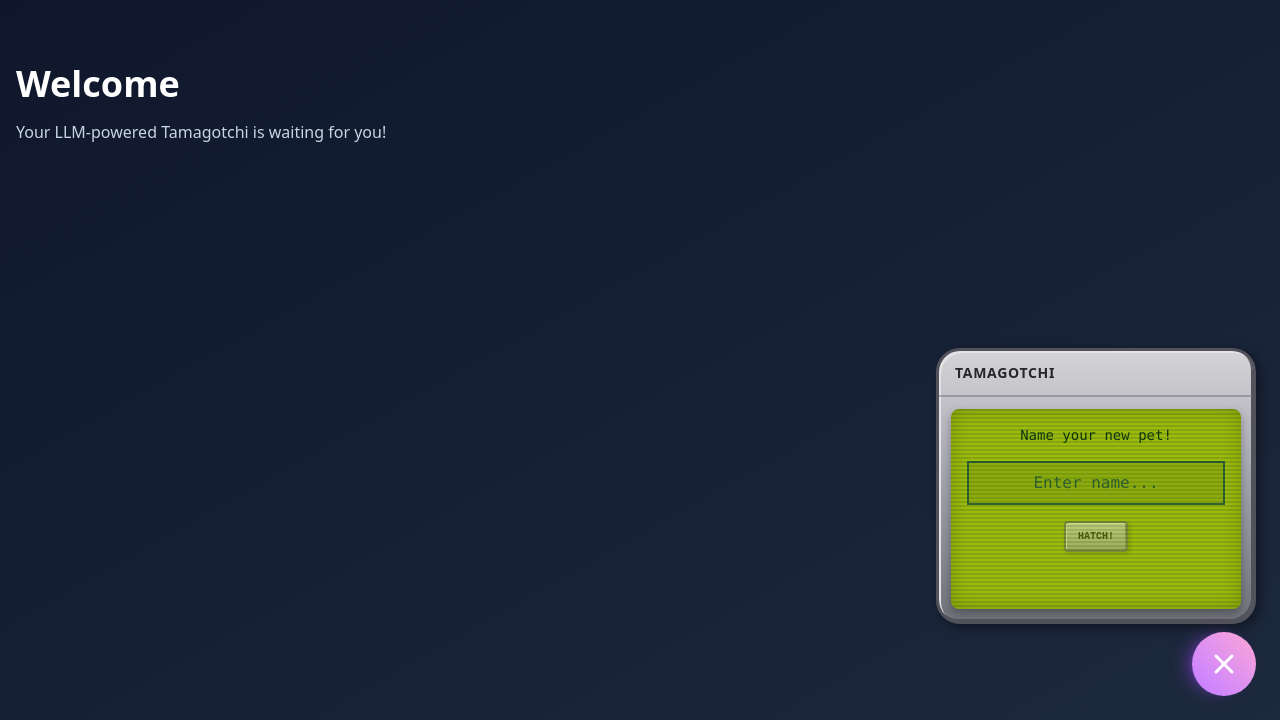
Repository: kttalley/local-llm-tamagotchi
Page: /
An editor plug-in stored every save of this project. The page is shown before and after the next save, followed by the edit.
The browser window is 1280 px wide. The pictures show the whole page.
The page's requests for data from a server got no answer. The project was rebuilt for these pictures with package versions that can differ from the ones it lists, and the page was loaded fresh each time. No one was signed in, and anything a server would have sent is missing. Also part of the build but not shown: vite.config.ts, src/components/PetDisplay/index.tsx, src/components/StatsBar/index.jsx, src/services/ollama.ts, src/components/ActionButtons/index.jsx, src/components/ChatBubble/index.tsx.

Above is the page before, as saved 2026-01-12 20:05:24.

### index.html
<!DOCTYPE html>
<html lang="en">
  <head>
    <meta charset="UTF-8" />
    <link rel="icon" type="image/svg+xml" href="/vite.svg" />
    <meta name="viewport" content="width=device-width, initial-scale=1.0" />
    <title>LLM Tamagotchi</title>
  </head>
  <body>
    <div id="root"></div>
    <script type="module" src="/src/main.jsx"></script>
  </body>
</html>

### src/main.tsx
import { StrictMode } from 'react'
import { createRoot } from 'react-dom/client'
import './styles/index.css'
import App from './App'

createRoot(document.getElementById('root')!).render(
  <StrictMode>
    <App />
  </StrictMode>,
)

### src/styles/index.css
@import "tailwindcss";

/* Custom Pixel Art Styles */
@layer base {
  :root {
    /* LCD Color Palette - authentic 90s Tamagotchi colors */
    --lcd-bg: #9bbc0f;
    --lcd-light: #8bac0f;
    --lcd-dark: #306230;
    --lcd-darkest: #0f380f;
  }

  body {
    font-family: system-ui, -apple-system, sans-serif;
  }
}

@layer components {
  /* Pixel-perfect rendering for sprites */
  .pixel-art {
    image-rendering: pixelated;
    image-rendering: crisp-edges;
  }

  /* LCD Screen Effect */
  .lcd-screen {
    background-color: var(--lcd-bg);
    background-image:
      repeating-linear-gradient(
        0deg,
        transparent,
        transparent 2px,
        rgba(0, 0, 0, 0.03) 2px,
        rgba(0, 0, 0, 0.03) 4px
      );
    box-shadow:
      inset 0 0 20px rgba(0, 0, 0, 0.2),
      0 4px 8px rgba(0, 0, 0, 0.3);
    border-radius: 8px;
  }

  /* Scanline overlay effect */
  .scanlines::after {
    content: "";
    position: absolute;
    inset: 0;
    background: repeating-linear-gradient(
      0deg,
      transparent,
      transparent 2px,
      rgba(0, 0, 0, 0.1) 2px,
      rgba(0, 0, 0, 0.1) 4px
    );
    pointer-events: none;
  }

  /* Retro button style */
  .retro-btn {
    background: linear-gradient(180deg, #e0e0e0 0%, #a0a0a0 100%);
    border: 2px solid #606060;
    border-radius: 4px;
    box-shadow:
      inset 1px 1px 0 #ffffff,
      inset -1px -1px 0 #808080,
      2px 2px 4px rgba(0, 0, 0, 0.3);
    font-family: monospace;
    font-weight: bold;
    text-transform: uppercase;
    font-size: 10px;
    padding: 6px 12px;
    cursor: pointer;
    transition: transform 0.1s;
  }

  .retro-btn:active {
    transform: translateY(1px);
    box-shadow:
      inset 1px 1px 0 #808080,
      inset -1px -1px 0 #ffffff,
      1px 1px 2px rgba(0, 0, 0, 0.3);
  }

  /* Pixel-style progress bar */
  .pixel-bar {
    height: 8px;
    background: var(--lcd-darkest);
    border: 2px solid var(--lcd-dark);
  }

  .pixel-bar-fill {
    height: 100%;
    background: var(--lcd-light);
    transition: width 0.3s ease;
  }

  /* Widget container */
  .tamagotchi-shell {
    background: linear-gradient(180deg, #d4d4d8 0%, #a1a1aa 50%, #71717a 100%);
    border: 3px solid #52525b;
    border-radius: 24px;
    box-shadow:
      inset 2px 2px 0 #e4e4e7,
      inset -2px -2px 0 #52525b,
      4px 4px 12px rgba(0, 0, 0, 0.4);
  }
}

/* Sprite animation keyframes */
@keyframes idle-bounce {
  0%, 100% { transform: translateY(0); }
  50% { transform: translateY(-4px); }
}

@keyframes blink {
  0%, 90%, 100% { opacity: 1; }
  95% { opacity: 0; }
}

.pet-idle {
  animation: idle-bounce 1s ease-in-out infinite;
}

.pet-blink {
  animation: blink 3s ease-in-out infinite;
}

/* Fade in animation */
@keyframes fade-in {
  from {
    opacity: 0;
    transform: translateY(8px);
  }
  to {
    opacity: 1;
    transform: translateY(0);
  }
}

.animate-fade-in {
  animation: fade-in 0.3s ease-out forwards;
}

### src/App.jsx
import { FloatingButton } from './components/FloatingButton'
import { TamagotchiWidget } from './components/TamagotchiWidget'
import { usePetStore } from './store/petStore'

function App() {
  const { isWidgetOpen, toggleWidget, chatHistory, pet } = usePetStore()

  // Get the last pet message for the floating button preview
  const lastPetMessage = chatHistory
    .filter(msg => msg.role === 'pet')
    .slice(-1)[0]?.content

  return (
    <div className="min-h-screen bg-gradient-to-br from-slate-900 to-slate-800">
      {/* Homepage content placeholder */}
      <main className="container mx-auto px-4 py-16">
        <h1 className="text-4xl font-bold text-white mb-4">Welcome</h1>
        <p className="text-slate-300">Your LLM-powered Tamagotchi is waiting for you!</p>
      </main>

      {/* Floating Tamagotchi Widget */}
      <TamagotchiWidget isOpen={isWidgetOpen} onClose={toggleWidget} />
      <FloatingButton
        onClick={toggleWidget}
        isOpen={isWidgetOpen}
        message={lastPetMessage}
        pixelGrid={pet?.pixelGrid}
      />
    </div>
  )
}

export default App

### src/components/FloatingButton/index.jsx
import { useState, useEffect } from 'react'

// Mini pixel grid renderer for the floating button
function MiniPixelGrid({ grid }) {
  const cellSize = 4 // smaller cells for the button

  return (
    <div
      className="pixel-art rounded-sm overflow-hidden"
      style={{
        display: 'grid',
        gridTemplateColumns: `repeat(8, ${cellSize}px)`,
        gridTemplateRows: `repeat(8, ${cellSize}px)`,
      }}
    >
      {grid.map((row, rowIdx) =>
        row.map((cell, colIdx) => (
          <div
            key={`${rowIdx}-${colIdx}`}
            style={{
              width: cellSize,
              height: cellSize,
              backgroundColor: cell === 1 ? '#1f2937' : '#dcf428'
            }}
          />
        ))
      )}
    </div>
  )
}

export function FloatingButton({ onClick, isOpen, message, pixelGrid }) {
  const [showPreview, setShowPreview] = useState(false)
  const [prevMessage, setPrevMessage] = useState(null)

  // Show preview when message changes and widget is closed
  useEffect(() => {
    if (message && message !== prevMessage && !isOpen) {
      setShowPreview(true)
      setPrevMessage(message)

      // Auto-hide after 3 seconds
      const timer = setTimeout(() => {
        setShowPreview(false)
      }, 3000)

      return () => clearTimeout(timer)
    }
  }, [message, isOpen, prevMessage])

  // Hide preview when widget opens
  useEffect(() => {
    if (isOpen) {
      setShowPreview(false)
    }
  }, [isOpen])

  const dismissPreview = (e) => {
    e.stopPropagation()
    setShowPreview(false)
  }

  return (
    <div className="fixed bottom-6 right-6 z-50 flex flex-col items-end gap-3">
      {/* Message preview bubble - shows above button when closed */}
      {!isOpen && showPreview && message && (
        <div
          className="
            relative
            max-w-[220px] p-3 pb-2
            lcd-screen
            rounded-xl rounded-br-sm
            cursor-default
            animate-fade-in
          "
        >
          {/* Close button */}
          <button
            onClick={dismissPreview}
            className="
              absolute -top-2 -right-2
              w-6 h-6 rounded-full
              bg-[var(--lcd-darkest)] text-[var(--lcd-bg)]
              flex items-center justify-center
              hover:scale-110 transition-transform
              shadow-md
            "
            aria-label="Dismiss"
          >
            <svg viewBox="0 0 24 24" className="w-3 h-3" fill="none" stroke="currentColor" strokeWidth="3">
              <path d="M6 6L18 18M18 6L6 18" strokeLinecap="round" />
            </svg>
          </button>

          <p className="text-xs text-[var(--lcd-darkest)] font-mono leading-relaxed whitespace-pre-line line-clamp-4">
            {message}
          </p>

          {/* Speech bubble tail pointing down-right */}
          <div
            className="
              absolute -bottom-2 right-4
              w-0 h-0
              border-t-8 border-t-[var(--lcd-bg)]
              border-l-8 border-l-transparent
            "
          />
        </div>
      )}

      {/* Floating action button */}
      <button
        onClick={onClick}
        className={`
          w-16 h-16 rounded-full
          bg-gradient-to-br from-pink-300 to-purple-400
          shadow-lg shadow-purple-500/30
          flex items-center justify-center flex-shrink-0
          transition-all duration-300 ease-out
          hover:scale-110 hover:shadow-xl hover:shadow-purple-500/40
          active:scale-95
          ${isOpen ? 'rotate-90' : 'rotate-0'}
        `}
        aria-label={isOpen ? 'Close Tamagotchi' : 'Open Tamagotchi'}
      >
        {isOpen ? (
          // X icon when open
          <svg viewBox="0 0 32 32" className="w-8 h-8" fill="none">
            <path
              d="M8 8L24 24M24 8L8 24"
              stroke="white"
              strokeWidth="3"
              strokeLinecap="round"
            />
          </svg>
        ) : pixelGrid ? (
          // Pet sprite when closed and pet exists
          <MiniPixelGrid grid={pixelGrid} />
        ) : (
          // Default egg icon when no pet
          <svg viewBox="0 0 32 32" className="w-8 h-8 pixel-art" fill="none">
            <ellipse cx="16" cy="18" rx="10" ry="12" fill="white" />
            <ellipse cx="16" cy="18" rx="8" ry="10" fill="#dcf428" />
            <circle cx="12" cy="16" r="2" fill="#1f2937" />
            <circle cx="20" cy="16" r="2" fill="#1f2937" />
            <path
              d="M13 20 Q16 23 19 20"
              stroke="#1f2937"
              strokeWidth="1.5"
              fill="none"
            />
          </svg>
        )}
      </button>
    </div>
  )
}

### src/components/TamagotchiWidget/index.tsx
import { useEffect, useState } from 'react'
import { usePetStore } from '../../store/petStore'
import { PetDisplay } from '../PetDisplay'
import { StatsBar } from '../StatsBar'
import { ActionButtons } from '../ActionButtons'
import { ChatBubble } from '../ChatBubble'

interface TamagotchiWidgetProps {
  isOpen: boolean
  onClose: () => void
}

export function TamagotchiWidget({ isOpen }: TamagotchiWidgetProps) {
  const { pet, createPet, tickStats, chatHistory } = usePetStore()
  const [petName, setPetName] = useState('')
  const [showChat, setShowChat] = useState(false)

  // Tick stats every minute
  useEffect(() => {
    if (!pet) return

    const interval = setInterval(() => {
      tickStats()
    }, 60000)

    return () => clearInterval(interval)
  }, [pet, tickStats])

  // Update stats on mount if pet exists
  useEffect(() => {
    if (pet) {
      tickStats()
    }
  }, [])

  const handleCreatePet = (e: React.FormEvent) => {
    e.preventDefault()
    if (petName.trim()) {
      createPet(petName.trim())
      setPetName('')
    }
  }

  const lastMessage = chatHistory[chatHistory.length - 1]

  if (!isOpen) return null

  return (
    <div
      className={`
        fixed bottom-24 right-6 z-40
        w-80 tamagotchi-shell
        transform transition-all duration-300 ease-out
        ${isOpen ? 'translate-y-0 opacity-100 scale-100' : 'translate-y-8 opacity-0 scale-95'}
      `}
    >
      {/* Header */}
      <div className="px-4 py-3 border-b-2 border-zinc-500/50">
        <div className="flex items-center justify-between">
          <h2 className="text-sm font-bold text-zinc-800 uppercase tracking-wider">
            {pet ? pet.name : 'Tamagotchi'}
          </h2>
          {pet && (
            <span className="text-xs text-zinc-600 uppercase">
              {pet.evolutionStage}
            </span>
          )}
        </div>
      </div>

      {/* LCD Screen */}
      <div className="m-3 p-4 lcd-screen relative overflow-hidden min-h-[200px] transition-all duration-320">
        <div className="scanlines">
          {!pet ? (
            // Create Pet Form
            <form onSubmit={handleCreatePet} className="flex flex-col gap-4">
              <p className="text-sm text-[var(--lcd-darkest)] font-mono text-center">
                Name your new pet!
              </p>
              <input
                type="text"
                value={petName}
                onChange={(e) => setPetName(e.target.value)}
                placeholder="Enter name..."
                maxLength={12}
                className="
                  w-full px-3 py-2
                  bg-[var(--lcd-light)] border-2 border-[var(--lcd-dark)]
                  text-[var(--lcd-darkest)] font-mono text-center
                  placeholder:text-[var(--lcd-dark)]
                  focus:outline-none focus:border-[var(--lcd-darkest)]
                "
              />
              <button
                type="submit"
                disabled={!petName.trim()}
                className="retro-btn mx-auto disabled:opacity-50"
              >
                Hatch!
              </button>
            </form>
          ) : (
            // Pet Display
            <div className="flex flex-col items-center gap-2">
              {/* Chat bubble */}
              {showChat && lastMessage?.role === 'pet' && (
                <ChatBubble message={lastMessage.content} />
              )}

              {/* Pet sprite */}
              <PetDisplay
                pixelGrid={pet.pixelGrid}
                isSleeping={pet.isSleeping}
              />

              {/* Stats */}
              <StatsBar stats={pet.stats} />
            </div>
          )}
        </div>
      </div>

      {/* Action Buttons */}
      {pet && (
        <div className="px-3 pb-3">
          <ActionButtons
            isSleeping={pet.isSleeping}
            onShowChat={() => setShowChat(true)}
          />
        </div>
      )}
    </div>
  )
}

### src/store/petStore.ts
import { create } from 'zustand'
import { persist } from 'zustand/middleware'
import type { Pet, PetStats, PetAction, ChatMessage, EvolutionStage, Mood, PixelGrid } from '../types/pet'

interface PetStore {
  pet: Pet | null
  isWidgetOpen: boolean
  currentAction: PetAction
  chatHistory: ChatMessage[]
  isLoading: boolean

  // Actions
  toggleWidget: () => void
  createPet: (name: string) => void
  feed: () => void
  play: () => void
  sleep: () => void
  wake: () => void
  addChatMessage: (message: ChatMessage) => void
  setLoading: (loading: boolean) => void
  setCurrentAction: (action: PetAction) => void
  tickStats: () => void

  // Computed
  getMood: () => Mood
  shouldEvolve: () => boolean
  evolve: () => void
}

const DECAY_RATE = {
  hunger: 0.5,    // per minute
  happiness: 0.3,
  energy: 0.2
}

const EVOLUTION_THRESHOLDS: Record<EvolutionStage, number> = {
  egg: 0,
  baby: 100,
  child: 300,
  teen: 600,
  adult: 1000
}

function generateId(): string {
  return Math.random().toString(36).substring(2, 9)
}

function clamp(value: number, min: number, max: number): number {
  return Math.max(min, Math.min(max, value))
}

// Generate a symmetrical 8x8 pixel grid (like GitHub identicons)
function generatePixelGrid(): PixelGrid {
  const grid: PixelGrid = []

  for (let row = 0; row < 8; row++) {
    const rowData: number[] = []
    // Generate left half (4 pixels), then mirror for right half
    for (let col = 0; col < 4; col++) {
      // Higher probability in center for more cohesive shapes
      const distFromCenter = Math.abs(col - 1.5) + Math.abs(row - 3.5)
      const probability = distFromCenter < 3 ? 0.6 : 0.3
      rowData.push(Math.random() < probability ? 1 : 0)
    }
    // Mirror to create symmetry
    for (let col = 3; col >= 0; col--) {
      rowData.push(rowData[col])
    }
    grid.push(rowData)
  }

  return grid
}

function getNextEvolutionStage(current: EvolutionStage): EvolutionStage | null {
  const stages: EvolutionStage[] = ['egg', 'baby', 'child', 'teen', 'adult']
  const idx = stages.indexOf(current)
  if (idx < stages.length - 1) {
    return stages[idx + 1]
  }
  return null
}

export const usePetStore = create<PetStore>()(
  persist(
    (set, get) => ({
      pet: null,
      isWidgetOpen: true,
      currentAction: 'idle',
      chatHistory: [],
      isLoading: false,

      toggleWidget: () => set(state => ({ isWidgetOpen: !state.isWidgetOpen })),

      createPet: (name: string) => {
        const newPet: Pet = {
          id: generateId(),
          name,
          birthDate: Date.now(),
          evolutionStage: 'egg',
          stats: {
            hunger: 80,
            happiness: 80,
            energy: 80
          },
          personality: 'curious and playful',
          careScore: 0,
          lastInteraction: Date.now(),
          isSleeping: false,
          pixelGrid: generatePixelGrid()
        }
        set({ pet: newPet, chatHistory: [] })
      },

      feed: () => {
        const { pet } = get()
        if (!pet || pet.isSleeping) return

        set({ currentAction: 'eating' })

        setTimeout(() => {
          set(state => {
            if (!state.pet) return state
            const newStats: PetStats = {
              ...state.pet.stats,
              hunger: clamp(state.pet.stats.hunger + 25, 0, 100),
              happiness: clamp(state.pet.stats.happiness + 5, 0, 100)
            }
            return {
              pet: {
                ...state.pet,
                stats: newStats,
                careScore: state.pet.careScore + 10,
                lastInteraction: Date.now()
              },
              currentAction: 'idle'
            }
          })
        }, 1500)
      },

      play: () => {
        const { pet } = get()
        if (!pet || pet.isSleeping) return

        set({ currentAction: 'playing' })

        setTimeout(() => {
          set(state => {
            if (!state.pet) return state
            const newStats: PetStats = {
              ...state.pet.stats,
              happiness: clamp(state.pet.stats.happiness + 20, 0, 100),
              energy: clamp(state.pet.stats.energy - 15, 0, 100)
            }
            return {
              pet: {
                ...state.pet,
                stats: newStats,
                careScore: state.pet.careScore + 15,
                lastInteraction: Date.now()
              },
              currentAction: 'idle'
            }
          })
        }, 2000)
      },

      sleep: () => {
        const { pet } = get()
        if (!pet) return

        set(state => ({
          pet: state.pet ? { ...state.pet, isSleeping: true } : null,
          currentAction: 'sleeping'
        }))
      },

      wake: () => {
        set(state => {
          if (!state.pet) return state
          return {
            pet: {
              ...state.pet,
              isSleeping: false,
              stats: {
                ...state.pet.stats,
                energy: clamp(state.pet.stats.energy + 30, 0, 100)
              }
            },
            currentAction: 'idle'
          }
        })
      },

      addChatMessage: (message: ChatMessage) => {
        set(state => ({
          chatHistory: [...state.chatHistory.slice(-20), message]
        }))
      },

      setLoading: (loading: boolean) => set({ isLoading: loading }),

      setCurrentAction: (action: PetAction) => set({ currentAction: action }),

      tickStats: () => {
        set(state => {
          if (!state.pet) return state

          const now = Date.now()
          const minutesPassed = (now - state.pet.lastInteraction) / 60000

          if (minutesPassed < 1) return state

          const decayMultiplier = state.pet.isSleeping ? 0.5 : 1

          const newStats: PetStats = {
            hunger: clamp(
              state.pet.stats.hunger - (DECAY_RATE.hunger * minutesPassed * decayMultiplier),
              0, 100
            ),
            happiness: clamp(
              state.pet.stats.happiness - (DECAY_RATE.happiness * minutesPassed * decayMultiplier),
              0, 100
            ),
            energy: state.pet.isSleeping
              ? clamp(state.pet.stats.energy + (0.5 * minutesPassed), 0, 100)
              : clamp(state.pet.stats.energy - (DECAY_RATE.energy * minutesPassed), 0, 100)
          }

          return {
            pet: {
              ...state.pet,
              stats: newStats,
              lastInteraction: now
            }
          }
        })
      },

      getMood: (): Mood => {
        const { pet } = get()
        if (!pet) return 'neutral'

        const avgStats = (pet.stats.hunger + pet.stats.happiness + pet.stats.energy) / 3

        if (avgStats < 20) return 'sick'
        if (avgStats < 40) return 'sad'
        if (avgStats < 60) return 'neutral'
        if (avgStats < 80) return 'happy'
        return 'ecstatic'
      },

      shouldEvolve: (): boolean => {
        const { pet } = get()
        if (!pet) return false

        const nextStage = getNextEvolutionStage(pet.evolutionStage)
        if (!nextStage) return false

        return pet.careScore >= EVOLUTION_THRESHOLDS[nextStage]
      },

      evolve: () => {
        set(state => {
          if (!state.pet) return state

          const nextStage = getNextEvolutionStage(state.pet.evolutionStage)
          if (!nextStage) return state

          return {
            pet: {
              ...state.pet,
              evolutionStage: nextStage
            }
          }
        })
      }
    }),
    {
      name: 'tamagotchi-storage',
      version: 1,
      partialize: (state) => ({
        pet: state.pet,
        chatHistory: state.chatHistory
      }),
      migrate: (persistedState: unknown, version: number) => {
        const state = persistedState as { pet: Pet | null; chatHistory: ChatMessage[] }
        // Migration: add pixelGrid to existing pets
        if (version === 0 && state.pet && !state.pet.pixelGrid) {
          state.pet.pixelGrid = generatePixelGrid()
        }
        return state
      }
    }
  )
)

After the next save:
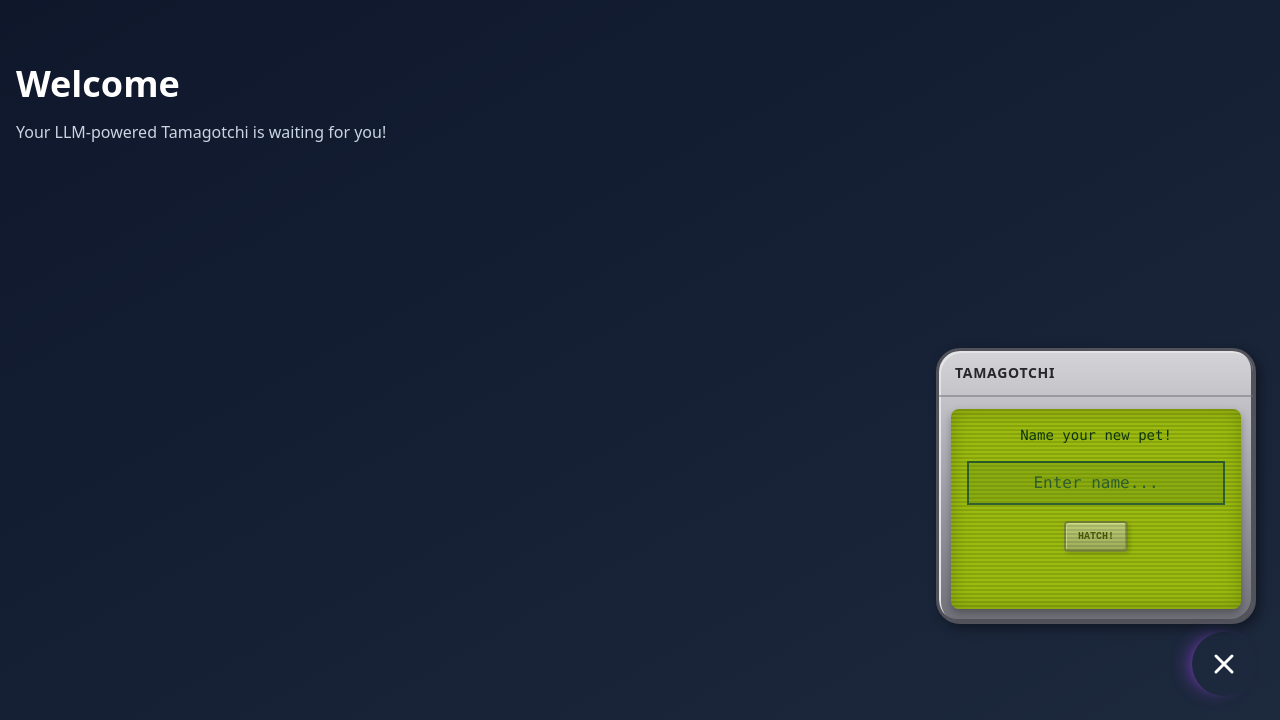
Saved 96 s later.
--- a/src/components/FloatingButton/index.jsx
+++ b/src/components/FloatingButton/index.jsx
@@ -113,7 +113,7 @@
         onClick={onClick}
         className={`
           w-16 h-16 rounded-full
-          bg-gradient-to-br from-pink-300 to-purple-400
+          bg-none
           shadow-lg shadow-purple-500/30
           flex items-center justify-center flex-shrink-0
           transition-all duration-300 ease-out
